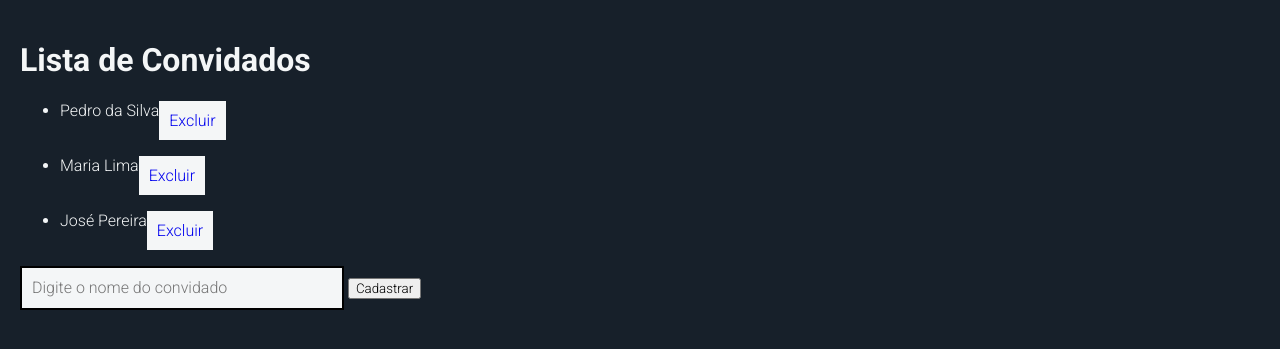
Repository: andrevff/lista-de-convidados
Page: index.html
An editor plug-in stored every save of this project. The page is shown before and after the next save, followed by the edit.
The browser window is 1280 px wide. The pictures show the whole page.

Above is the page before, as saved 2022-11-29 17:35:18.

After the next save:
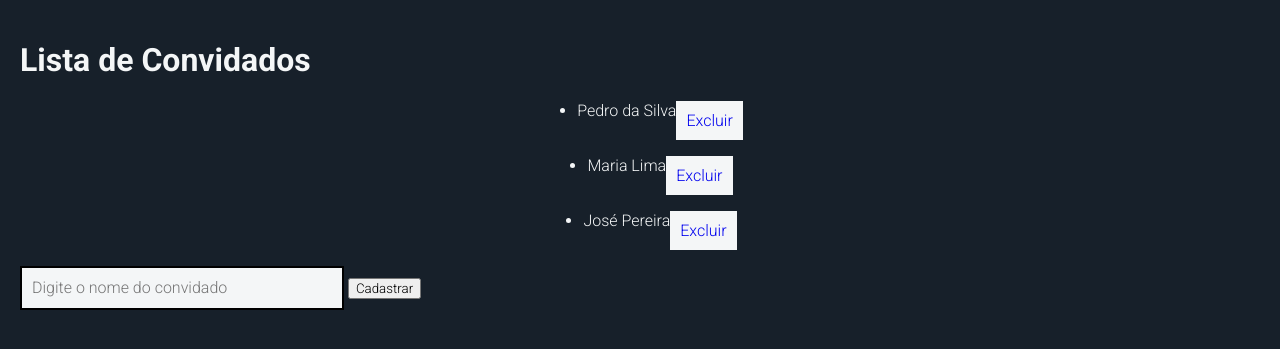
Saved 11 s later.
--- a/assets/css/styles.css
+++ b/assets/css/styles.css
@@ -16,7 +16,7 @@
 
 ul {
     display: flex;
-    justi
+    justify-content: center
 }
 
 a {

After the 2 saves that followed:
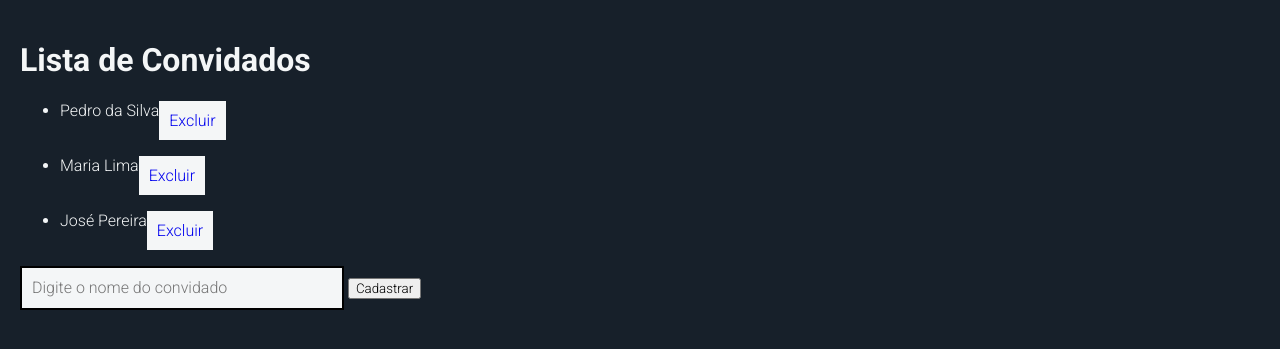
The 2 saves are shown as one change because they came seconds apart.
The last was saved 10 s later.
--- a/assets/css/styles.css
+++ b/assets/css/styles.css
@@ -16,7 +16,7 @@
 
 ul {
     display: flex;
-    justify-content: center
+    justify-content:
 }
 
 a {
